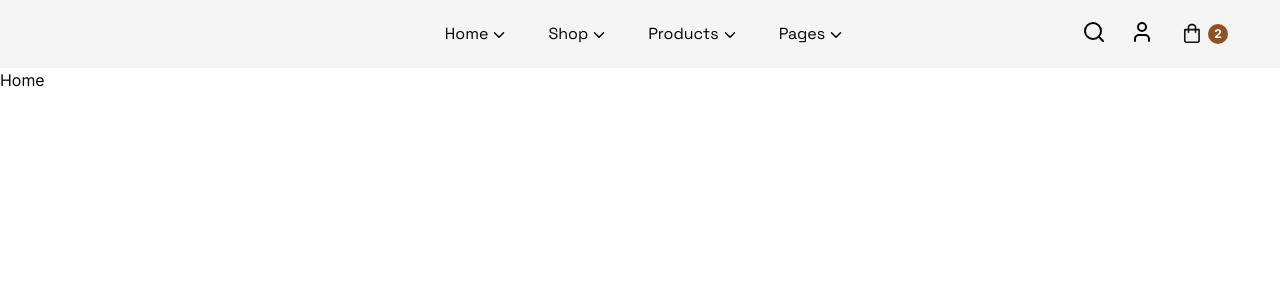
Repository: abdulmalikyusuf/HNG11-Stage02
Page: /
The author's editor kept a copy of each file at every save. The page is drawn from the files as they stood at one save, then again after the next save.
The browser window is 1280 px wide. The pictures show the whole page.
The project was rebuilt for these pictures with package versions that can differ from the ones it lists, and the page was loaded fresh each time. Also part of the build but not shown: vite.config.ts.

Above is the page before, as saved 2024-07-07 15:43:02.

### index.html
<!DOCTYPE html>
<html lang="en">
  <head>
    <meta charset="UTF-8" />
    <!-- <link rel="icon" type="image/svg+xml" href="/vite.svg" /> -->
    <meta name="viewport" content="width=device-width, initial-scale=1.0" />
    <title>Pearch E-Commerce App</title>
  </head>
  <body>
    <div id="root"></div>
    <script type="module" src="/src/main.tsx"></script>
  </body>
</html>

### src/App.tsx
import { createBrowserRouter, RouterProvider } from "react-router-dom";

import RootLayout from "@/routes/root";
import "./App.css";

const router = createBrowserRouter([
  {
    path: "/",
    element: <RootLayout />,
    // errorElement: <ErrorPage />,
    children: [
      {
        index: true,
        element: <p>Home</p>,
      },
      {
        path: "cart",
        element: <p>Cart</p>,
      },
      {
        path: "checkout",
        element: <p>Checkout</p>,
      },
    ],
  },
]);

function App() {
  return <RouterProvider router={router} />;
}

export default App;

### src/index.css
:root {
  font-family: Inter, system-ui, Avenir, Helvetica, Arial, sans-serif;
  line-height: 1.5;
  font-weight: 400;

  color-scheme: light dark;
  /* color: rgba(255, 255, 255, 0.87);
  background-color: #242424; */

  font-synthesis: none;
  text-rendering: optimizeLegibility;
  -webkit-font-smoothing: antialiased;
  -moz-osx-font-smoothing: grayscale;
}
@font-face {
  font-family: Inter;
  src: url(fonts/Inter.ttf) format("truetype");
}
@font-face {
  font-family: SpaceGrotesk;
  src: url(fonts/SpaceGrotesk.ttf) format("truetype");
}
@font-face {
  font-family: NicoMoji;
  src: url(fonts/NicoMoji-Regular.ttf) format("truetype");
}

### src/routes/root.tsx
import Header from "@/components/header";
import { Outlet } from "react-router-dom";

function RootLayout() {
  return (
    <>
      <Header />
      <Outlet />
      {/* <div className="flow-root">
        <Footer />
      </div> */}
    </>
  );
}

export default RootLayout;

### src/components/header.tsx
import { cn } from "@/lib/utils";
import { Icons } from "@/components/icons";
import { Link } from "react-router-dom";
import { CartButton } from "./cart-button";

function Header() {
  return (
    <header
      className={cn(
        "h-[46px] md:h-[68px] relative flex items-center justify-between px-4 md:px-[52px]",
        "bg-[#F5F5F5] border-transparent text-black-900 [--logo-fill:#121212]"
      )}
    >
      <div className="flex items-center justify-center gap-3 md:gap-6">
        <button type="button" className="md:hidden">
          <Icons.hamburgerMenu className="size-[26px] md:size-7" />
        </button>
        <Link to="/" className="w-[114px] md:w-[156px] h-[22px] md:h-[30px]">
          <span className=""></span>
        </Link>
      </div>
      <div className="hidden md:flex justify-center">
        <ul className="flex gap-10">
          {["Home", "Shop", "Products", "Pages"].map((menu) => (
            <li key={menu}>
              <span
                className={cn(
                  "flex items-center justify-center w-fit hover:border-b font-space-grotesk transition-colors focus-visible:outline-none focus-visible:ring-1 focus-visible:ring-ring disabled:pointer-events-none",
                  "gap-0.5 button-xs",
                  "text-black-900 hover:text-black-400 disabled:text-black-700"
                )}
              >
                {menu}{" "}
                <Icons.chevronDown
                  className="size-[18px] relative top-[1px] transition-transform duration-200 ease-in group-data-[state=open]:-rotate-180"
                  aria-hidden
                />
              </span>
            </li>
          ))}

          {/* <NavigationMenu.Link
                  className={cn(
                    "hover:border-b font-space-grotesk transition-colors focus-visible:outline-none focus-visible:ring-1 focus-visible:ring-ring disabled:pointer-events-none",
                    "gap-0.5 button-xs",
                    "text-black-900 hover:text-black-400 disabled:text-black-700"
                  )}
                  href="https://github.com/radix-ui"
                >
                  {menu.title}{" "}
                </NavigationMenu.Link> */}
        </ul>
      </div>
      <div className="flex gap-5 items-center">
        <button type="button" className="hidden md:inline-flex size-7">
          <Icons.search className="" />
        </button>
        <button className="hidden md:inline-flex size-7">
          <Icons.user className="" />
        </button>
        <CartButton numOfItems={2} />
      </div>
    </header>
  );
}

export default Header;

### src/lib/utils.ts
import { type ClassValue, clsx } from "clsx";
import { twMerge } from "tailwind-merge";

export function cn(...inputs: ClassValue[]) {
	return twMerge(clsx(inputs));
}
export function formatPrice(
	price: number | string,
	currency: "USD" | "EUR" | "GBP" | "BDT" = "USD",
	notation: "compact" | "engineering" | "scientific" | "standard" = "standard",
) {
	return new Intl.NumberFormat("en-US", {
		style: "currency",
		currency,
		notation,
	}).format(Number(price));
}

export function arrayRange(start: number, stop: number, step: number) {
	return Array.from(
		{ length: (stop - start) / step + 1 },
		(value, index) => start + index * step,
	);
}

### src/components/icons.tsx
import {
  Image,
  ArrowLeftRight,
  Banknote,
  Check,
  ChevronDown,
  Eye,
  Facebook,
  Heart,
  Instagram,
  Lock,
  type LucideIcon,
  type LucideProps,
  Mail,
  Menu,
  Phone,
  Play,
  Search,
  ShoppingBag,
  Star,
  Truck,
  Twitter,
  User,
  X,
  Plus,
  SlidersHorizontal,
  Barcode,
  Tally4,
  Tally3,
  Tally2,
  Tally1,
  Equal,
  Minus,
  Calendar,
  Ticket,
  Trash,
  PictureInPicture,
  LogOut,
  Pencil,
  ChevronRight,
  ChevronLeft,
  ChevronUp,
} from "lucide-react";

export type Icon = LucideIcon;

export const Icons = {
  chevronDown: ChevronDown,
  ChevronRight: ChevronRight,
  chevronLeft: ChevronLeft,
  chevronUp: ChevronUp,
  edit: Pencil,
  logOut: LogOut,
  picture: PictureInPicture,
  trashCan: Trash,
  coupon: Ticket,
  close: X,
  check: Check,
  search: Search,
  star: Star,
  user: User,
  play: Play,
  truck: Truck,
  money: Banknote,
  lock: Lock,
  phone: Phone,
  facebook: Facebook,
  instagram: Instagram,
  twitter: Twitter,
  mail: Mail,
  heart: Heart,
  eye: Eye,
  compare: ArrowLeftRight,
  shoppingBag: ShoppingBag,
  hamburgerMenu: Menu,
  placeholder: Image,
  plus: Plus,
  filter: SlidersHorizontal,
  tally5: Barcode,
  tally4: Tally4,
  tally3: Tally3,
  tally2: Tally2,
  tally1: Tally1,
  equal: Equal,
  minus: Minus,
  calendar: Calendar,
  "chevron-down": ChevronDown,
  cart: (props: LucideProps) => (
    <svg
      viewBox="0 0 28 28"
      fill="none"
      xmlns="http://www.w3.org/2000/svg"
      {...props}
    >
      <path
        fillRule="evenodd"
        clipRule="evenodd"
        d="M11.3075 7.0004C11.3075 6.82818 11.3947 6.4624 11.7486 6.13472C12.0904 5.81824 12.7518 5.47476 13.9998 5.47476C15.2478 5.47476 15.9093 5.81824 16.2511 6.13472C16.605 6.4624 16.6921 6.82818 16.6921 7.0004H18.3075C18.3075 6.39484 18.0447 5.59395 17.3486 4.94941C16.6404 4.29367 15.5518 3.85938 13.9998 3.85938C12.4478 3.85938 11.3593 4.29367 10.6511 4.94941C9.95497 5.59395 9.69214 6.39484 9.69214 7.0004H11.3075ZM11.3075 7.00042V8.82062H16.6921V7.00042H18.3075V8.82062H21.0819C21.5279 8.82062 21.8896 9.18224 21.8896 9.62831V20.6614C21.8896 21.2958 21.6355 21.9028 21.1853 22.3494C20.7353 22.7957 20.1264 23.0453 19.4929 23.0453H8.37006C7.73652 23.0453 7.12763 22.7957 6.67767 22.3494C6.2275 21.9028 5.97339 21.2958 5.97339 20.6614V9.62831C5.97339 9.18224 6.335 8.82062 6.78108 8.82062H9.69214V7.00042H11.3075ZM9.69214 12.8338V10.436H7.58877V20.6614C7.58877 20.8631 7.66948 21.0579 7.81529 21.2025C7.96131 21.3474 8.16075 21.4299 8.37006 21.4299H19.4929C19.7022 21.4299 19.9016 21.3474 20.0477 21.2025C20.1935 21.0579 20.2742 20.8631 20.2742 20.6614V10.436H18.3075V12.8338H16.6921V10.436H11.3075V12.8338H9.69214Z"
        fill="#121212"
      />
      <title className="sr-only">Cart</title>
    </svg>
  ),
  discount: (props: LucideProps) => (
    <svg
      width="23"
      height="22"
      viewBox="0 0 23 22"
      fill="none"
      xmlns="http://www.w3.org/2000/svg"
      {...props}
    >
      <path
        fillRule="evenodd"
        clipRule="evenodd"
        fill="currentColor"
        d="M3.69946 10.9523C3.69946 6.77568 7.08531 3.38983 11.262 3.38983C15.4386 3.38983 18.8245 6.77568 18.8245 10.9523C18.8245 15.129 15.4386 18.5148 11.262 18.5148C7.08531 18.5148 3.69946 15.129 3.69946 10.9523ZM11.262 2.01483C6.32592 2.01483 2.32446 6.01629 2.32446 10.9523C2.32446 15.8884 6.32592 19.8898 11.262 19.8898C16.198 19.8898 20.1995 15.8884 20.1995 10.9523C20.1995 6.01629 16.198 2.01483 11.262 2.01483ZM10.5834 8.70833C10.5834 9.46772 9.96781 10.0833 9.20841 10.0833C8.44902 10.0833 7.83341 9.46772 7.83341 8.70833C7.83341 7.94894 8.44902 7.33333 9.20841 7.33333C9.96781 7.33333 10.5834 7.94894 10.5834 8.70833ZM14.4981 8.68847C14.7666 8.41998 14.7666 7.98468 14.4981 7.71619C14.2296 7.44771 13.7943 7.44771 13.5258 7.71619L8.02583 13.2162C7.75734 13.4847 7.75734 13.92 8.02583 14.1885C8.29431 14.457 8.72961 14.457 8.9981 14.1885L14.4981 8.68847ZM13.7917 14.6667C14.5511 14.6667 15.1667 14.0511 15.1667 13.2917C15.1667 12.5323 14.5511 11.9167 13.7917 11.9167C13.0324 11.9167 12.4167 12.5323 12.4167 13.2917C12.4167 14.0511 13.0324 14.6667 13.7917 14.6667Z"
      />
      <title className="sr-only">Discount</title>
    </svg>
  ),
  arrowRight: (props: LucideProps) => (
    <svg
      width="32"
      height="32"
      viewBox="0 0 32 32"
      fill="none"
      xmlns="http://www.w3.org/2000/svg"
      {...props}
    >
      <path
        d="M6.66666 16H25.3333"
        stroke="currentColor"
        strokeWidth="2"
        strokeLinecap="round"
        strokeLinejoin="round"
      />
      <path
        d="M17.3333 24L25.3333 16"
        stroke="currentColor"
        strokeWidth="2"
        strokeLinecap="round"
        strokeLinejoin="round"
      />
      <path
        d="M17.3333 8L25.3333 16"
        stroke="currentColor"
        strokeWidth="2"
        strokeLinecap="round"
        strokeLinejoin="round"
      />
      <title className="sr-only">Chevron Right</title>
    </svg>
  ),
  metaLogo: (props: LucideProps) => (
    <svg
      width="25"
      height="16"
      viewBox="0 0 25 16"
      fill="none"
      xmlns="http://www.w3.org/2000/svg"
      {...props}
    >
      <path
        d="M3.05802 10.5514C3.05802 11.4712 3.25981 12.1773 3.52377 12.6045C3.86975 13.1641 4.38575 13.4016 4.91183 13.4016C5.59028 13.4016 6.21101 13.2332 7.40716 11.5788C8.3657 10.2527 9.49466 8.39145 10.2544 7.22456L11.5411 5.24764C12.4349 3.87471 13.4694 2.34851 14.6555 1.31399C15.6242 0.469568 16.6685 0.000488281 17.7197 0.000488281C19.4848 0.000488281 21.1659 1.0233 22.4526 2.94159C23.8607 5.04241 24.5442 7.68869 24.5442 10.4194C24.5442 12.0429 24.2243 13.2357 23.6797 14.1781C23.1537 15.0894 22.1284 16 20.4036 16V13.4012C21.8805 13.4012 22.249 12.0441 22.249 10.4911C22.249 8.27794 21.733 5.82196 20.5963 4.06702C19.7897 2.82223 18.7443 2.06165 17.5941 2.06165C16.3501 2.06165 15.3491 3.00001 14.2241 4.67262C13.626 5.56144 13.012 6.64449 12.3226 7.86668L11.5636 9.21116C10.0392 11.9147 9.65297 12.5302 8.89068 13.5461C7.55468 15.3251 6.41371 15.9996 4.91183 15.9996C3.13006 15.9996 2.00342 15.2281 1.3056 14.0654C0.73603 13.1181 0.456238 11.8749 0.456238 10.4585L3.05802 10.5514Z"
        fill="#0081FB"
      />
      <path
        d="M2.50728 3.12454C3.70011 1.28586 5.42154 0 7.39593 0C8.53932 0 9.67625 0.338415 10.863 1.30765C12.1614 2.36709 13.5452 4.11264 15.2717 6.98827L15.8907 8.01996C17.3851 10.5095 18.2353 11.7904 18.7329 12.3943C19.3728 13.1699 19.821 13.4012 20.4032 13.4012C21.8801 13.4012 22.2486 12.0441 22.2486 10.4911L24.5438 10.419C24.5438 12.0425 24.2239 13.2353 23.6793 14.1777C23.1533 15.089 22.128 15.9997 20.4032 15.9997C19.331 15.9997 18.3811 15.7668 17.3306 14.7758C16.5234 14.0152 15.579 12.664 14.8528 11.4494L12.6924 7.84076C11.6086 6.02973 10.6139 4.67939 10.0388 4.06784C9.41966 3.41019 8.62387 2.61611 7.35396 2.61611C6.3262 2.61611 5.45332 3.33734 4.72292 4.44057L2.50728 3.12454Z"
        fill="url(#paint0_linear_227_58183)"
      />
      <path
        d="M7.35439 2.61611C6.32664 2.61611 5.45376 3.33734 4.72335 4.44057C3.69045 5.99946 3.05852 8.32144 3.05852 10.5513C3.05852 11.4711 3.26032 12.1772 3.52427 12.6044L1.3056 14.0653C0.73603 13.118 0.456238 11.8748 0.456238 10.4584C0.456238 7.88253 1.16324 5.19781 2.50771 3.12454C3.70054 1.28586 5.42198 0 7.39637 0L7.35439 2.61611Z"
        fill="url(#paint1_linear_227_58183)"
      />
      <defs>
        <linearGradient
          id="paint0_linear_227_58183"
          x1="5.67752"
          y1="7.58518"
          x2="22.2633"
          y2="8.42285"
          gradientUnits="userSpaceOnUse"
        >
          <stop stopColor="#0064E1" />
          <stop offset="0.4" stopColor="#0064E1" />
          <stop offset="0.83" stopColor="#0073EE" />
          <stop offset="1" stopColor="#0082FB" />
        </linearGradient>
        <linearGradient
          id="paint1_linear_227_58183"
          x1="3.92625"
          y1="11.6436"
          x2="3.92625"
          y2="5.52866"
          gradientUnits="userSpaceOnUse"
        >
          <stop stopColor="#0082FB" />
          <stop offset="1" stopColor="#0064E0" />
        </linearGradient>
      </defs>
      <title className="sr-only">Meta Logo</title>
    </svg>
  ),
  googleLogo: (props: LucideProps) => (
    <svg
      width="20"
      height="20"
      viewBox="0 0 20 20"
      fill="none"
      xmlns="http://www.w3.org/2000/svg"
      {...props}
    >
      <path
        d="M20 10.2252C20 9.56683 19.9404 8.94183 19.8382 8.3335H10.2171V12.0918H15.7258C15.4789 13.3252 14.7552 14.3668 13.6824 15.0752V17.5752H16.9689C18.8931 15.8335 20 13.2668 20 10.2252Z"
        fill="#4285F4"
      />
      <path
        d="M10.2171 19.9999C12.9757 19.9999 15.2831 19.0999 16.9689 17.5749L13.6824 15.0749C12.7629 15.6749 11.5964 16.0415 10.2171 16.0415C7.55215 16.0415 5.29587 14.2832 4.48702 11.9082H1.09834V14.4832C2.77565 17.7499 6.22393 19.9999 10.2171 19.9999Z"
        fill="#34A853"
      />
      <path
        d="M4.48702 11.9083C4.27416 11.3083 4.16347 10.6666 4.16347 9.99993C4.16347 9.33327 4.28267 8.6916 4.48702 8.0916V5.5166H1.09834C0.40017 6.8666 0 8.38327 0 9.99993C0 11.6166 0.40017 13.1333 1.09834 14.4833L4.48702 11.9083Z"
        fill="#FBBC05"
      />
      <path
        d="M10.2171 3.95833C11.7241 3.95833 13.0694 4.46667 14.1337 5.45833L17.0456 2.60833C15.2831 0.991667 12.9757 0 10.2171 0C6.22393 0 2.77565 2.25 1.09834 5.51667L4.48702 8.09167C5.29587 5.71667 7.55215 3.95833 10.2171 3.95833Z"
        fill="#EA4335"
      />
      <title className="sr-only">Google Logo</title>
    </svg>
  ),
  payPalLogo: (props: LucideProps) => (
    <svg
      width="84"
      height="22"
      viewBox="0 0 84 22"
      fill="none"
      xmlns="http://www.w3.org/2000/svg"
      {...props}
    >
      <path
        d="M10.553 0.0615236H4.21197C4.00205 0.0613903 3.79898 0.136766 3.63935 0.274068C3.47973 0.411371 3.37404 0.601573 3.34134 0.810403L0.776752 17.1858C0.764962 17.2618 0.769665 17.3395 0.790536 17.4135C0.811406 17.4874 0.847948 17.556 0.897648 17.6144C0.947347 17.6728 1.00902 17.7196 1.07843 17.7517C1.14783 17.7838 1.22332 17.8004 1.29968 17.8002H4.32694C4.53699 17.8003 4.74017 17.7248 4.89981 17.5874C5.05946 17.4499 5.16506 17.2594 5.19756 17.0504L5.88924 12.6337C5.92172 12.4249 6.02718 12.2346 6.18664 12.0971C6.34609 11.9596 6.54904 11.884 6.75894 11.8839H8.76629C12.9433 11.8839 15.3539 9.84831 15.9835 5.81445C16.2672 4.04963 15.9955 2.66299 15.175 1.69188C14.2738 0.625517 12.6753 0.0615236 10.553 0.0615236ZM11.2845 6.04229C10.9378 8.33374 9.19928 8.33374 7.5183 8.33374H6.56145L7.23273 4.0543C7.25238 3.9291 7.31575 3.81507 7.41145 3.73274C7.50714 3.6504 7.62887 3.60516 7.75473 3.60516H8.19329C9.33836 3.60516 10.4185 3.60516 10.9767 4.26253C11.3096 4.65471 11.4115 5.23738 11.2845 6.04229ZM29.5074 5.96852H26.4709C26.345 5.96852 26.2233 6.01376 26.1276 6.0961C26.0319 6.17843 25.9685 6.29246 25.9489 6.41766L25.8144 7.27299L25.6021 6.96298C24.9447 6.00213 23.4788 5.68092 22.0157 5.68092C18.6603 5.68092 15.7943 8.24037 15.2362 11.8307C14.946 13.6217 15.3586 15.3342 16.3673 16.5285C17.2927 17.6266 18.6167 18.0841 20.192 18.0841C22.8956 18.0841 24.3949 16.3333 24.3949 16.3333L24.2595 17.183C24.2475 17.259 24.2519 17.3367 24.2725 17.4108C24.2931 17.4849 24.3295 17.5536 24.379 17.6121C24.4285 17.6707 24.4901 17.7178 24.5594 17.7501C24.6287 17.7824 24.7042 17.7992 24.7806 17.7993H27.5158C27.7258 17.7994 27.929 17.7239 28.0887 17.5864C28.2483 17.4489 28.3539 17.2585 28.3864 17.0495L30.0275 6.58293C30.0396 6.50713 30.0352 6.42959 30.0146 6.35567C29.994 6.28175 29.9578 6.21321 29.9083 6.15479C29.8588 6.09637 29.7974 6.04946 29.7282 6.0173C29.6589 5.98514 29.5836 5.96849 29.5074 5.96852ZM25.2748 11.9203C24.9818 13.6674 23.6049 14.8402 21.8488 14.8402C20.9671 14.8402 20.2624 14.5554 19.81 14.0157C19.3612 13.4797 19.1906 12.7168 19.3334 11.8671C19.6069 10.135 21.007 8.92388 22.7362 8.92388C23.5984 8.92388 24.2994 9.21242 24.7611 9.7568C25.2238 10.3068 25.4074 11.0743 25.2748 11.9203ZM45.6793 5.96852H42.6279C42.484 5.96875 42.3424 6.00433 42.2152 6.07219C42.0881 6.14004 41.9793 6.23811 41.8983 6.3579L37.6898 12.601L35.9059 6.60161C35.8511 6.41863 35.7393 6.25826 35.587 6.14424C35.4347 6.03022 35.25 5.96861 35.0603 5.96852H32.0618C31.9776 5.96829 31.8946 5.98832 31.8197 6.02692C31.7447 6.06553 31.68 6.12161 31.631 6.19048C31.5819 6.25935 31.5499 6.33903 31.5376 6.42289C31.5252 6.50674 31.533 6.59235 31.5602 6.67258L34.9212 16.606L31.7614 21.0983C31.7052 21.178 31.6719 21.2716 31.6651 21.3691C31.6583 21.4665 31.6782 21.564 31.7227 21.6508C31.7673 21.7375 31.8346 21.8103 31.9175 21.8611C32.0004 21.9119 32.0955 21.9387 32.1925 21.9387H35.2401C35.3824 21.9389 35.5227 21.9043 35.6488 21.838C35.7749 21.7716 35.8832 21.6755 35.9643 21.5577L46.1132 6.80424C46.1682 6.72442 46.2005 6.63096 46.2065 6.53399C46.2125 6.43701 46.1921 6.34023 46.1474 6.25413C46.1027 6.16803 46.0354 6.0959 45.9529 6.04555C45.8704 5.9952 45.7758 5.96856 45.6793 5.96852Z"
        fill="#253B80"
      />
      <path
        d="M56.1861 0.0624388H49.7169C49.5029 0.0625262 49.296 0.136522 49.1334 0.271112C48.9707 0.405702 48.8631 0.592051 48.8297 0.79663L46.2137 16.8509C46.2015 16.9252 46.2062 17.0013 46.2273 17.0738C46.2484 17.1462 46.2855 17.2134 46.336 17.2707C46.3865 17.3279 46.4493 17.3739 46.5199 17.4054C46.5906 17.4369 46.6674 17.4532 46.7452 17.4532H50.0649C50.2147 17.453 50.3595 17.4011 50.4732 17.3068C50.5869 17.2125 50.6622 17.082 50.6854 16.9388L51.4278 12.3881C51.4609 12.1833 51.5685 11.9967 51.7312 11.862C51.8938 11.7272 52.1009 11.6531 52.315 11.653H54.3617C58.6234 11.653 61.0815 9.65727 61.7246 5.70253C62.015 3.97233 61.736 2.61288 60.8989 1.66081C59.9806 0.615371 58.351 0.0624388 56.1861 0.0624388ZM56.9323 5.9259C56.5795 8.17241 54.8062 8.17241 53.0905 8.17241H52.1154L52.8011 3.9769C52.8208 3.85415 52.8852 3.74227 52.9827 3.6615C53.0802 3.58074 53.2043 3.53642 53.3326 3.53657H53.78C54.9471 3.53657 56.0499 3.53657 56.6192 4.18105C56.9588 4.56554 57.0619 5.13678 56.9323 5.9259ZM75.5199 5.85358H72.4243C72.2959 5.85323 72.1717 5.89749 72.0741 5.97829C71.9766 6.05909 71.9122 6.17108 71.8928 6.29391L71.7556 7.13246L71.5381 6.82853C70.8675 5.88653 69.3732 5.57162 67.8807 5.57162C64.4579 5.57162 61.5354 8.08087 60.9661 11.6008C60.671 13.3566 61.09 15.0355 62.119 16.2064C63.0648 17.283 64.4135 17.7315 66.0204 17.7315C68.7783 17.7315 70.3076 16.0151 70.3076 16.0151L70.1695 16.8481C70.1572 16.9228 70.1618 16.9991 70.1829 17.0719C70.2041 17.1446 70.2413 17.2121 70.292 17.2695C70.3428 17.327 70.4058 17.3731 70.4767 17.4046C70.5477 17.4362 70.6249 17.4525 70.703 17.4523H73.4921C73.7062 17.4522 73.9132 17.3781 74.0759 17.2433C74.2385 17.1085 74.3461 16.922 74.3792 16.7172L76.0542 6.45594C76.0661 6.38139 76.0612 6.30524 76.0398 6.23271C76.0184 6.16018 75.981 6.093 75.9302 6.03577C75.8795 5.97854 75.8165 5.93262 75.7457 5.90118C75.6748 5.86973 75.5978 5.85349 75.5199 5.85358ZM71.2024 11.6887C70.9054 13.4015 69.499 14.5513 67.7077 14.5513C66.8101 14.5513 66.0894 14.2721 65.6279 13.7429C65.1701 13.2175 64.998 12.4695 65.1417 11.6365C65.4226 9.93832 66.8489 8.75098 68.6128 8.75098C69.4924 8.75098 70.2074 9.03385 70.6784 9.56756C71.1522 10.1068 71.3395 10.8593 71.2024 11.6887ZM79.1716 0.50277L76.5167 16.8509C76.5046 16.9252 76.5092 17.0013 76.5303 17.0738C76.5514 17.1462 76.5885 17.2134 76.6391 17.2707C76.6896 17.3279 76.7523 17.3739 76.823 17.4054C76.8936 17.4369 76.9705 17.4532 77.0483 17.4532H79.7173C80.1609 17.4532 80.5373 17.142 80.6054 16.7181L83.2233 0.664805C83.2355 0.590392 83.2308 0.514313 83.2097 0.4418C83.1886 0.369287 83.1515 0.302058 83.101 0.244735C83.0505 0.187412 82.9878 0.141354 82.9171 0.109728C82.8465 0.0781016 82.7696 0.0616568 82.6918 0.0615234H79.7031C79.5748 0.0619632 79.4508 0.106608 79.3534 0.187461C79.256 0.268314 79.1916 0.380092 79.1716 0.50277Z"
        fill="#179BD7"
      />
      <title className="sr-only">PayPal Logo</title>
    </svg>
  ),
  googlePayLogo: (props: LucideProps) => (
    <svg
      width="58"
      height="24"
      viewBox="0 0 58 24"
      fill="none"
      xmlns="http://www.w3.org/2000/svg"
      {...props}
    >
      <path
        fillRule="evenodd"
        clipRule="evenodd"
        d="M26.808 18.7139V11.7323H30.3318C31.7758 11.7323 32.9945 11.2375 33.9881 10.2618L34.2266 10.0144C36.0414 7.99413 35.9222 4.84692 33.9881 2.97783C33.021 1.98831 31.6963 1.45233 30.3318 1.47981H24.6752V18.7139H26.808ZM26.8083 9.61569V3.59612H30.3857C31.1541 3.59612 31.8828 3.89848 32.4261 4.44821C33.5788 5.60264 33.6053 7.5267 32.4923 8.72237C31.9491 9.31333 31.1806 9.64317 30.3857 9.61569H26.8083Z"
        fill="#3C4043"
      />
      <path
        fillRule="evenodd"
        clipRule="evenodd"
        d="M44.1754 7.84285C43.2613 6.97702 42.0161 6.53723 40.4396 6.53723C38.4128 6.53723 36.8893 7.30686 35.8825 8.83236L37.7637 10.0555C38.4525 9.01103 39.3931 8.48878 40.5854 8.48878C41.3405 8.48878 42.0691 8.77739 42.6387 9.29963C43.1951 9.79439 43.513 10.509 43.513 11.2649V11.7734C42.6917 11.3062 41.6584 11.0588 40.3867 11.0588C38.9029 11.0588 37.7107 11.4161 36.8231 12.1445C35.9355 12.8729 35.4851 13.8349 35.4851 15.0581C35.4586 16.1713 35.9223 17.2295 36.7436 17.9442C37.5782 18.7138 38.638 19.0986 39.8833 19.0986C41.3537 19.0986 42.5195 18.4252 43.4071 17.0783H43.4998V18.7138H45.5399V11.4436C45.5399 9.91808 45.0895 8.70867 44.1754 7.84285ZM38.3867 16.5424C37.9494 16.2126 37.6844 15.6766 37.6844 15.0994C37.6844 14.4534 37.9759 13.9174 38.5457 13.4914C39.1286 13.0654 39.8574 12.8455 40.7186 12.8455C41.911 12.8317 42.8385 13.1066 43.501 13.6563C43.501 14.5909 43.1432 15.4017 42.441 16.0889C41.805 16.7486 40.9438 17.1196 40.0429 17.1196C39.4466 17.1334 38.8636 16.9272 38.3867 16.5424Z"
        fill="#3C4043"
      />
      <path
        d="M50.1236 23.895L57.2507 6.92203H54.9324L51.6338 15.3879H51.594L48.2159 6.92203H45.8976L50.574 17.9579L47.9245 23.895H50.1236Z"
        fill="#3C4043"
      />
      <path
        d="M19.4447 10.2206C19.4447 9.54718 19.3917 8.87376 19.2857 8.21408H10.2907V12.021H15.444C15.232 13.2441 14.5431 14.3436 13.5363 15.0308V17.5045H16.6097C18.4114 15.7866 19.4447 13.2441 19.4447 10.2206Z"
        fill="#4285F4"
      />
      <path
        d="M10.2911 19.896C12.8611 19.896 15.0333 19.0163 16.6097 17.5045L13.5363 15.0308C12.6752 15.6355 11.5761 15.9791 10.2911 15.9791C7.80056 15.9791 5.69422 14.2337 4.93912 11.8974H1.77298V14.4536C3.38917 17.7932 6.68778 19.896 10.2911 19.896Z"
        fill="#34A853"
      />
      <path
        d="M4.93912 11.8974C4.54163 10.6742 4.54201 9.34106 4.93949 8.10417V5.56166H1.77286C0.408153 8.35155 0.408153 11.6499 1.77286 14.4398L4.93912 11.8974Z"
        fill="#FBBC04"
      />
      <path
        d="M10.2911 4.02242C11.6556 3.99493 12.9671 4.53092 13.9474 5.50669L16.6763 2.67557C14.9409 0.998892 12.6624 0.078092 10.2911 0.105579C6.68777 0.105579 3.38904 2.22204 1.77286 5.56166L4.93912 8.11792C5.69422 5.76781 7.80056 4.02242 10.2911 4.02242Z"
        fill="#EA4335"
      />
      <title className="sr-only">Google Pay Logo</title>
    </svg>
  ),
};

### src/components/cart-button.tsx
import { forwardRef, type ButtonHTMLAttributes } from "react";
import { Slot } from "@radix-ui/react-slot";

import { cn } from "@/lib/utils";
import { Icons } from "@/components/icons";

export interface CartButtonProps
  extends ButtonHTMLAttributes<HTMLButtonElement> {
  numOfItems: number;
  asChild?: boolean;
}

const CartButton = forwardRef<HTMLButtonElement, CartButtonProps>(
  ({ numOfItems, asChild, ...props }, ref) => {
    const Comp = asChild ? Slot : "button";
    return (
      <Comp
        ref={ref}
        {...props}
        type="button"
        className="inline-flex items-center gap-0.5 w-[50px] h-[26px] sm:h-7"
      >
        <Icons.cart className="size-[26px] sm:size-7 text-[var(--icon-colour)]" />
        <span
          className={cn(
            "inline-flex items-center justify-center size-5 rounded-full text-xs leading-[10px] font-inter font-bold",
            "bg-primary text-white [--icon-colour:var(--black-900)]"
          )}
        >
          {numOfItems}
        </span>
      </Comp>
    );
  }
);

CartButton.displayName = "CartButton";

export { CartButton };

### tailwind.config.ts
import { Config } from "tailwindcss";

export default {
  content: ["./index.html", "./src/**/*.{js,ts,jsx,tsx}"],
  theme: {
    fontFamily: {
      "space-grotesk": ["SpaceGrotesk"],
      inter: ["Inter"],
      "nico-moji": ["NicoMoji"],
    },
    extend: {
      padding: {
        13: "52px",
      },
      colors: {
        primary: "#905125",
      },
    },
  },
  plugins: [],
} satisfies Config;

Loaded but not shown: src/main.tsx (common file); src/App.css (common file)

After the next save:
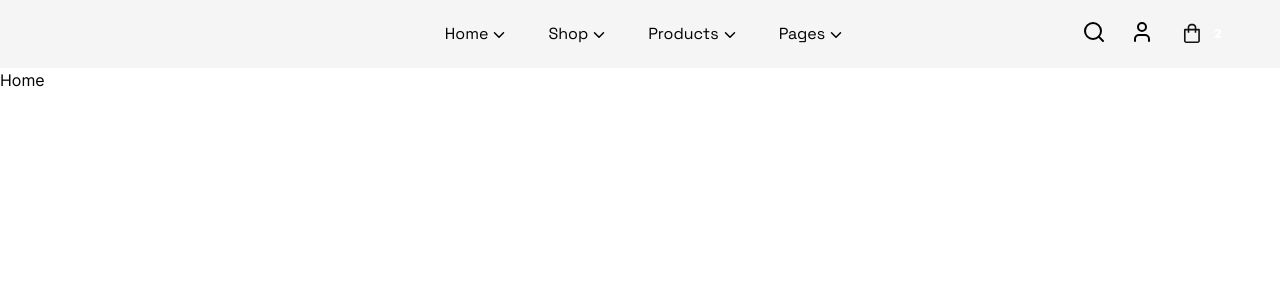
Saved 103 s later.
--- a/tailwind.config.ts
+++ b/tailwind.config.ts
@@ -13,7 +13,10 @@
         13: "52px",
       },
       colors: {
-        primary: "#905125",
+        primary: {
+          default: "#905125",
+          label: "#000",
+        },
       },
     },
   },
